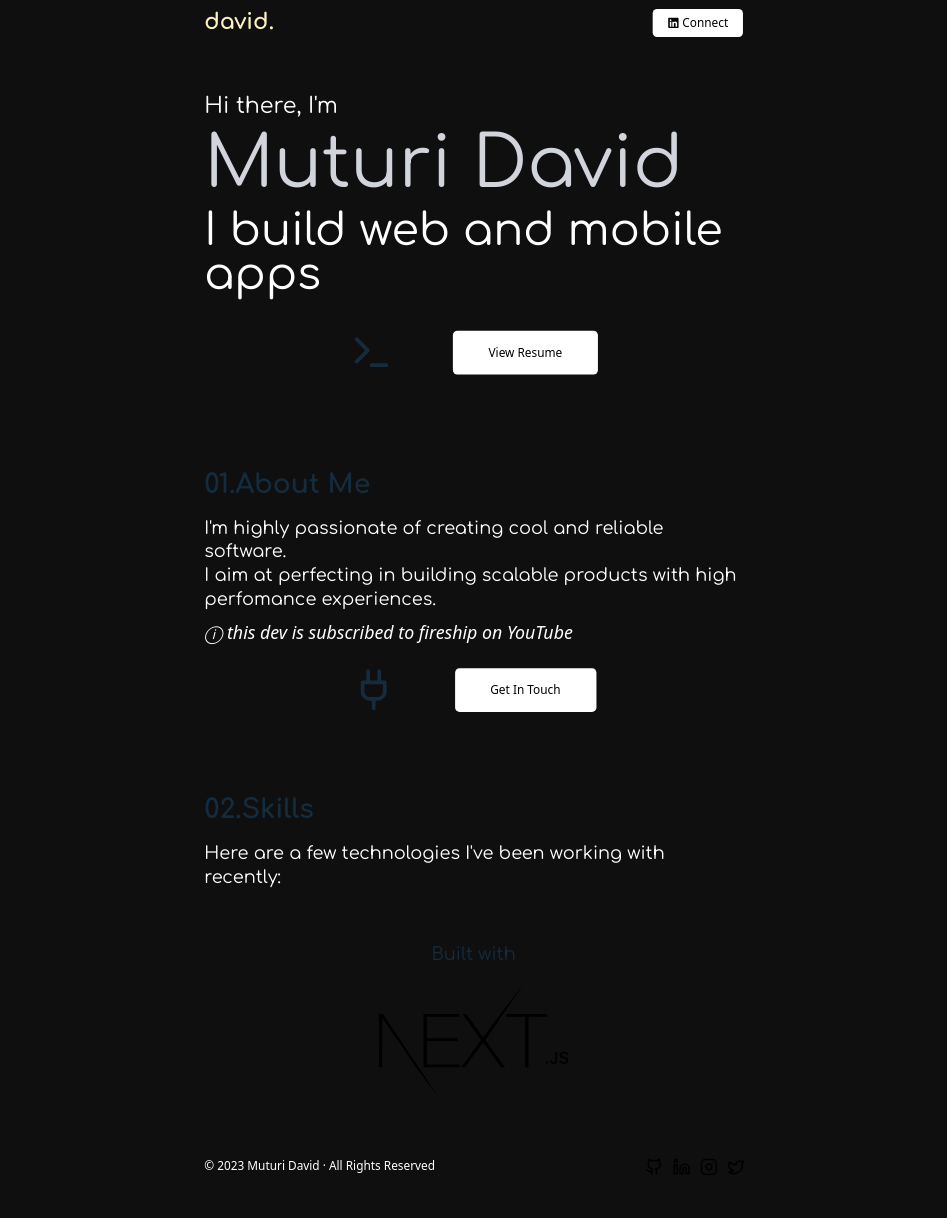
Repository: tushcmd/tushdev-portfolio
Page: /
The author's editor kept a copy of each file at every save. The page is drawn from the files as they stood at one save, then again after the next save.
The browser window is 1280 px wide. The pictures show the whole page, at 74% of full size.
The project was rebuilt for these pictures with package versions that can differ from the ones it lists, and the page was loaded fresh each time. The framework's server and built-in components were replaced by stand-ins that run in the browser. Also part of the build but not shown: next.config.js.

Above is the page before, as saved 2023-12-15 15:07:10.

After the next save:
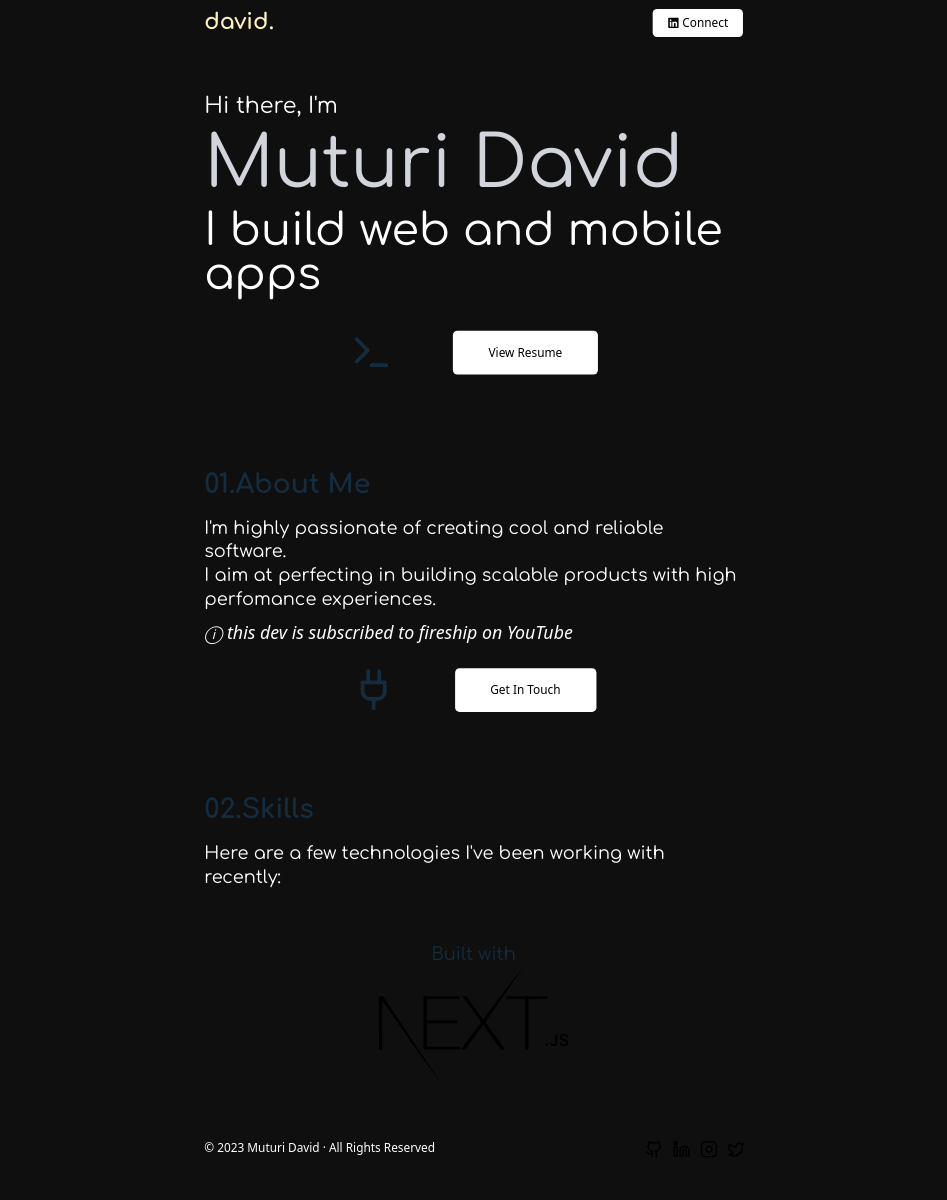
Saved 58 s later.
--- a/app/ui/footer.tsx
+++ b/app/ui/footer.tsx
@@ -8,7 +8,7 @@
   return (
     <section className='relative flex flex-col justify-center items-center pt-3'>
       <div className='flex flex-col py-5 md:max-w-3xl items-center justify-center'>
-        <p className={`${comfortaa.className} text-[#142c3e] text-2xl pb-6`}>Built with</p>
+        <p className={`${comfortaa.className} text-[#142c3e] text-2xl `}>Built with</p>
         <svg
           height='154.5'
           preserveAspectRatio='xMidYMid'

After the save that followed:
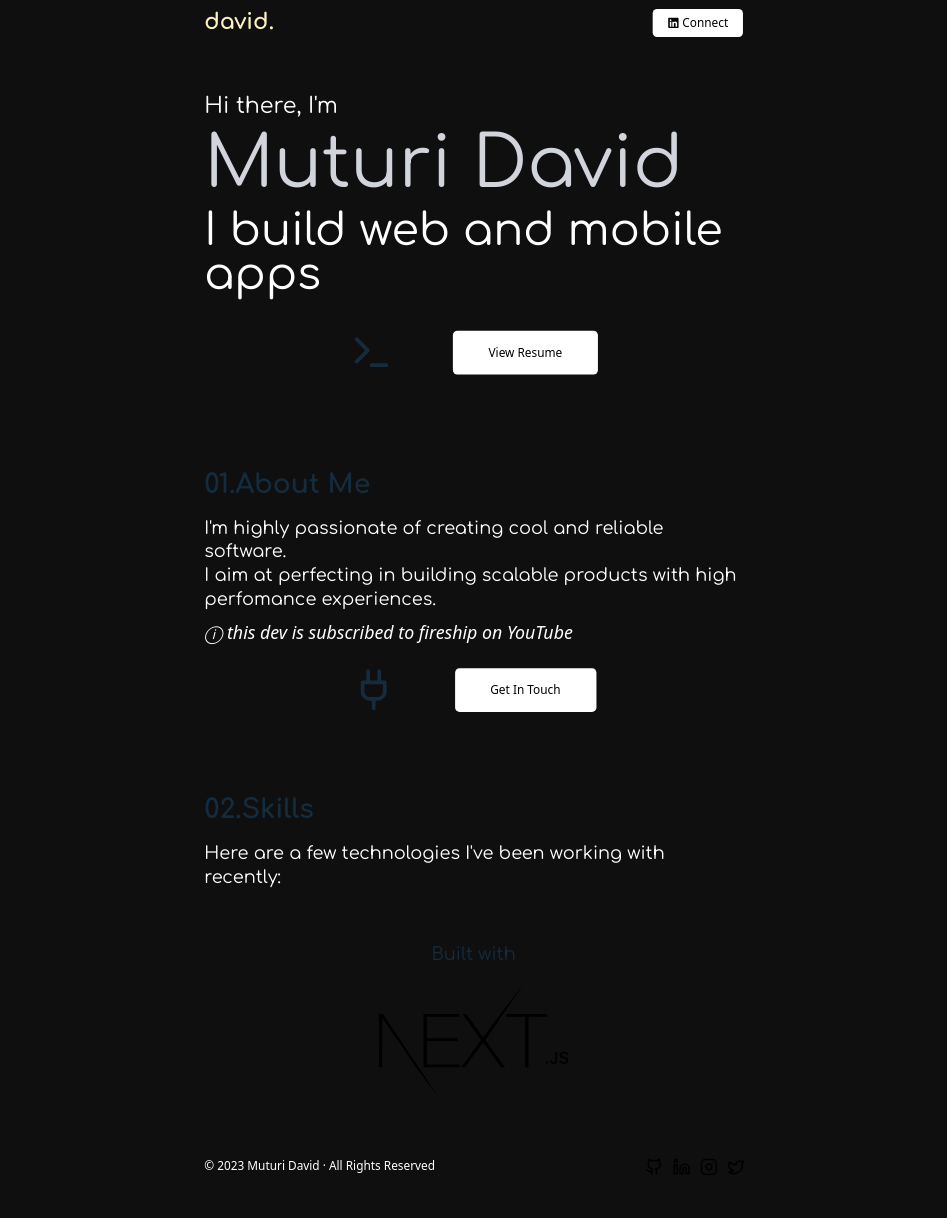
Saved 15 s later.
--- a/app/ui/footer.tsx
+++ b/app/ui/footer.tsx
@@ -8,7 +8,7 @@
   return (
     <section className='relative flex flex-col justify-center items-center pt-3'>
       <div className='flex flex-col py-5 md:max-w-3xl items-center justify-center'>
-        <p className={`${comfortaa.className} text-[#142c3e] text-2xl `}>Built with</p>
+        <p className={`${comfortaa.className} text-[#142c3e] text-2xl pb-6`}>Built with</p>
         <svg
           height='154.5'
           preserveAspectRatio='xMidYMid'
